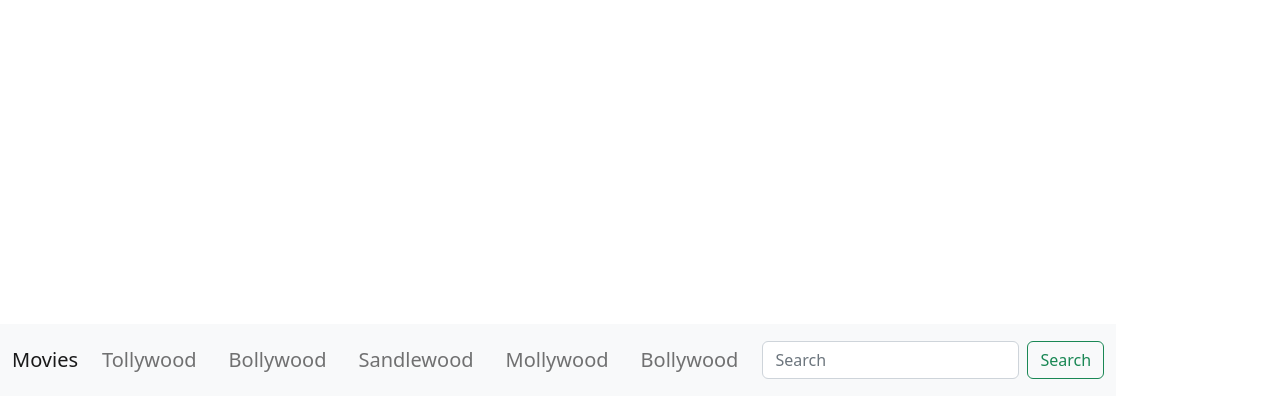
Repository: chandu7777158/Movies_spot
Page: /
An editor plug-in stored every save of this project. The page is shown before and after a run of saves, followed by the edit.
The browser window is 1280 px wide. The pictures show the whole page.
The project was rebuilt for these pictures with package versions that can differ from the ones it lists, and the page was loaded fresh each time. Also part of the build but not shown: vite.config.js.

Above is the page before, as saved 2026-01-22 10:17:32.

After the next 2 saves:
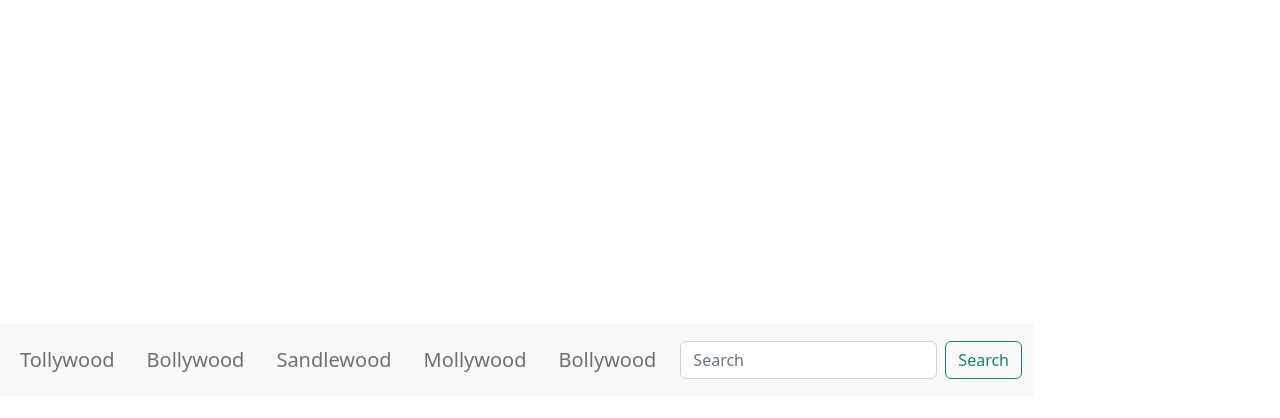
The 2 saves are shown as one change because they came seconds apart.
The last was saved 8 s later.
--- a/src/components/Navbar.jsx
+++ b/src/components/Navbar.jsx
@@ -6,7 +6,7 @@ export default function Navbar() {
             <nav class="navbar navbar-expand-lg bg-light">
 
                 <div class="container-fluid">
-                    <a class="navbar-brand" href="#">Movies</a>
+
 
                     <div class="collapse navbar-collapse" id="navbarSupportedContent">
                         <ul class="navbar-nav me-auto mb-2 mb-lg-0">
@@ -28,7 +28,7 @@ export default function Navbar() {
 
                         </ul>
                         <form class="d-flex" role="search">
-                            <input class="form-control me-2" type="search" placeholder="Search" aria-label="Search"/>
+                            <input class="form-control me-2" type="search" placeholder="Search" aria-label="Search" />
                             <button class="btn btn-outline-success" type="submit">Search</button>
                         </form>
                     </div>
